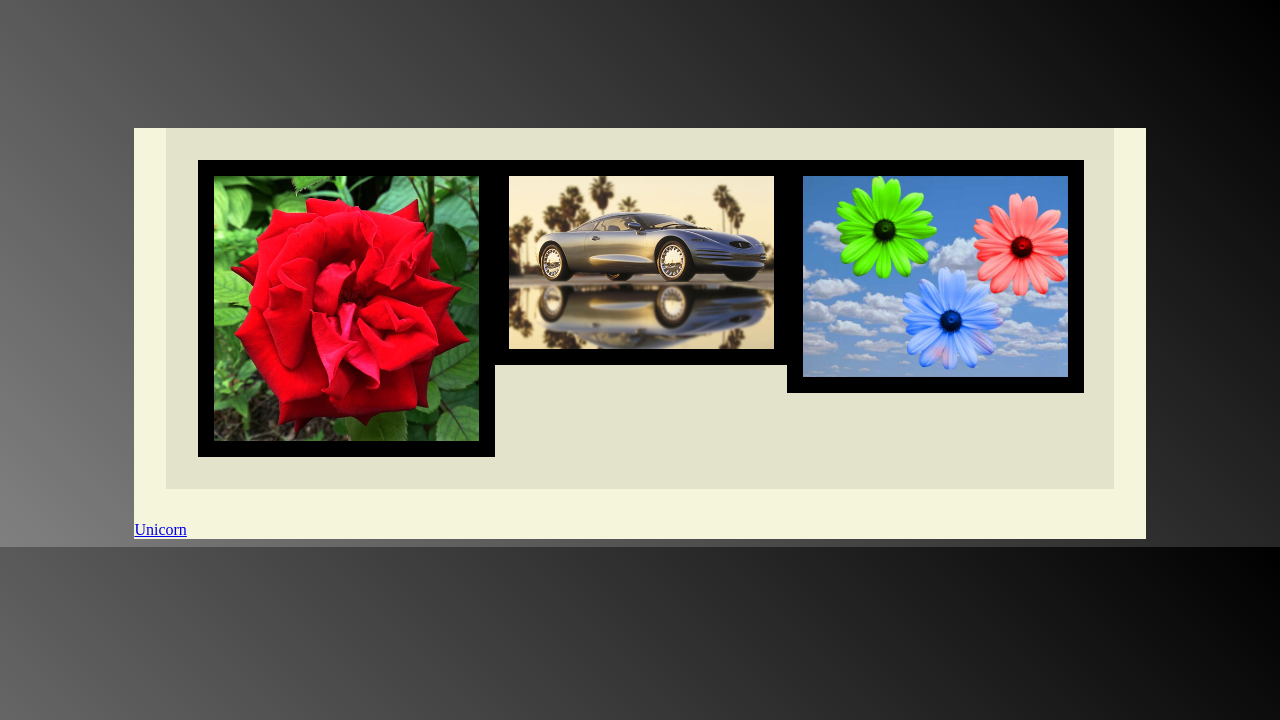
Repository: ViggoSkj/VGY
Page: ovningar/photoshopovning/photoshopovning.html
An editor plug-in stored every save of this project. The page is shown before and after the next save, followed by the edit.
The browser window is 1280 px wide. The pictures show the whole page.

Above is the page before, as saved 2022-11-27 12:07:46.

### ovningar/photoshopovning/photoshopovning.html
<!DOCTYPE html>
<html lang="en">
    <head>
        <meta charset="UTF-8">
        <meta http-equiv="X-UA-Compatible" content="IE=edge">
        <meta name="viewport" content="width=device-width, initial-scale=1.0">
        <title>Document</title>
        <link rel="stylesheet" href="public/css/style.css">
    </head>
    <body class="photoshopovningar">
        <div class="container">
            <div class="images">
                <img src="public/images/ros_edited.jpg" alt="ros">
                <img src="public/images/bil_edited.jpg" alt="bil">
                <img src="public/images/sky_and_flower.jpg" alt="1 röd, 1, blå och 1 grönn blomma på en himmel">
            </div>

            <div id="myfooter">
                <a href="https://validator.w3.org/unicorn/check?ucn_uri=labb.vgy.se/~viggosg/ovningar/photoshopovningar.html&ucn_task=conformance">Unicorn</a>
             </div>
        </div>
    </body>
</html>

### ovningar/photoshopovning/public/css/style.css
body
{
    background-image: linear-gradient(45deg, gray, black);
}

.container
{
    background-color: beige;
    margin: auto;
    margin-top: 8em;
    width: 80%;
}

img
{
    width: 90%;
    padding: 1em;
    background-color: black;
}

.images
{
    display: grid;
    grid-template-columns: 1fr 1fr 1fr;
    background-color: rgba(0, 0, 0, 0.075);
    padding: 2em;
    margin: 2em;
}

After the next save:
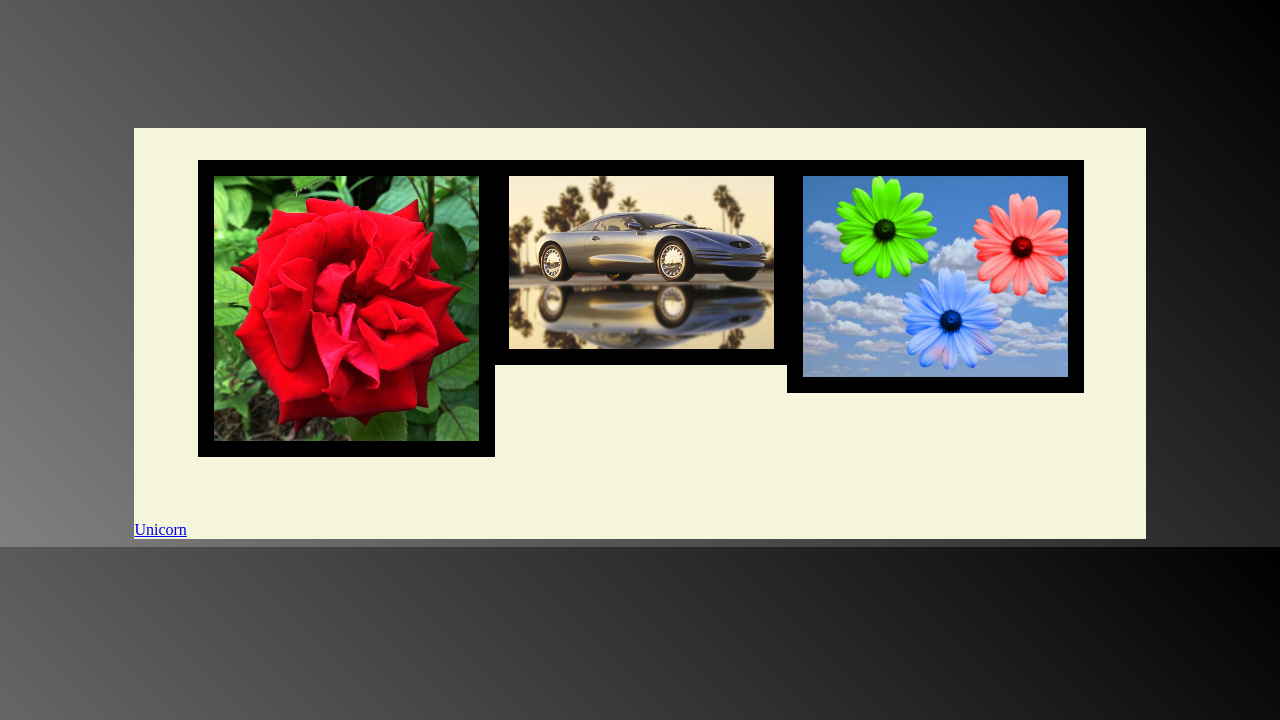
Saved 10 s later.
--- a/ovningar/photoshopovning/public/css/style.css
+++ b/ovningar/photoshopovning/public/css/style.css
@@ -22,7 +22,6 @@ img
 {
     display: grid;
     grid-template-columns: 1fr 1fr 1fr;
-    background-color: rgba(0, 0, 0, 0.075);
     padding: 2em;
     margin: 2em;
 }
